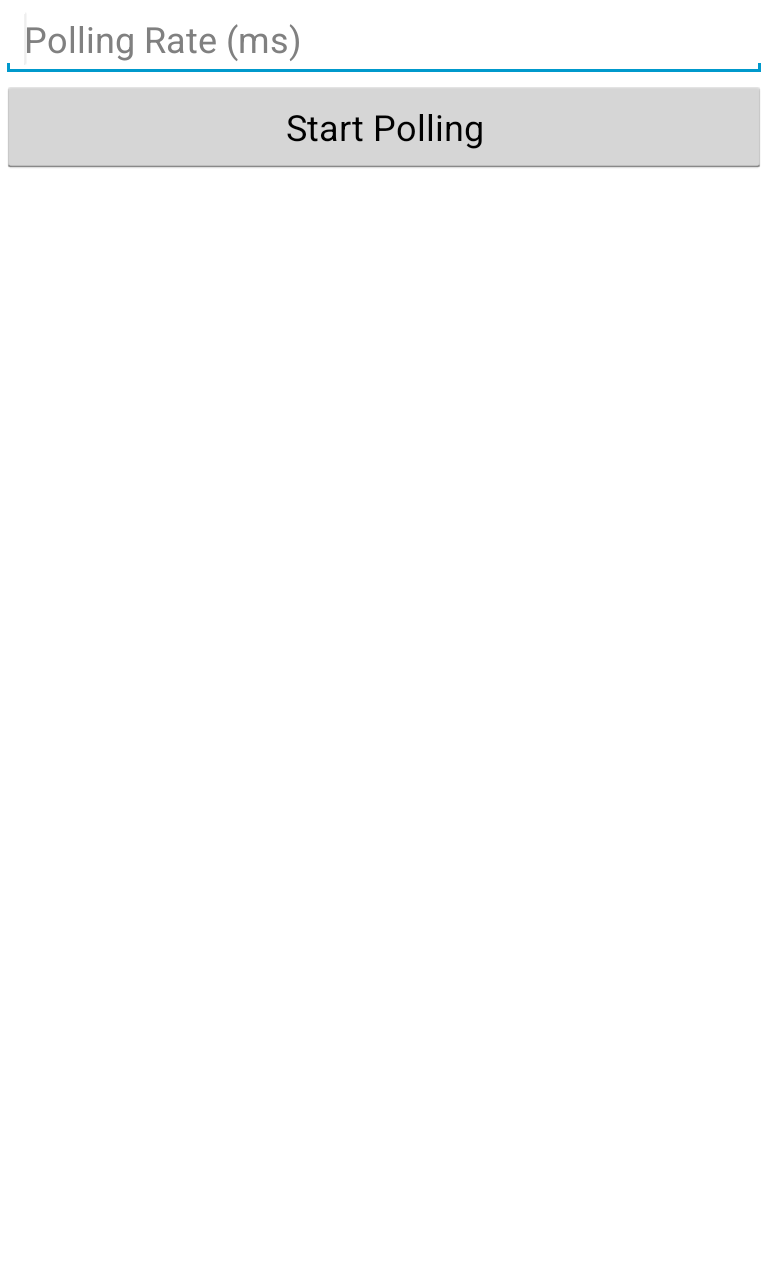
Repository: Pingzehao/ArduinoNanoSensor
Layout: IEC/IEC Sensor/res/layout/iecsensor_layout.xml
The author's editor kept a copy of each file at every save. The layout is drawn from the files as they stood at one save, then again after the next save.
It is drawn on a 768 x 1280 px phone screen (xhdpi) without system bars, with theme AppTheme; the app's code is not run.

Above is the layout before, as saved 2013-01-12 22:11:56.

### IEC/IEC Sensor/res/layout/iecsensor_layout.xml
<ScrollView xmlns:android="http://schemas.android.com/apk/res/android"
    xmlns:tools="http://schemas.android.com/tools"
    android:id="@+id/ScrollView1"
    android:layout_width="match_parent"
    android:layout_height="match_parent"
    android:layout_gravity="center_horizontal"
    tools:context=".IECSensor" >

    <LinearLayout
        android:layout_width="match_parent"
        android:layout_height="wrap_content"
        android:orientation="vertical" >

        <EditText
            android:id="@+id/editText1"
            android:layout_width="match_parent"
            android:layout_height="wrap_content"
            android:ems="10"
            android:hint="@string/pollingRate"
            android:inputType="numberSigned" >

            <requestFocus />
        </EditText>

        <Button
            android:id="@+id/button1"
            android:layout_width="match_parent"
            android:layout_height="wrap_content"
            android:gravity="center"
            android:text="@string/startPolling" />

    </LinearLayout>

</ScrollView>

### IEC/IEC Sensor/res/values/strings.xml
<?xml version="1.0" encoding="utf-8"?>
<resources>

    <string name="app_name">IEC Sensor</string>
    <string name="hello_world">Hello world!</string>
    <string name="menu_settings">Settings</string>
    <string name="startPolling">Start Polling</string>
    <string name="stopPolling">Stop Polling</string>
    <string name="pollingRate">Polling Rate (ms)</string>
    <string name="potResistLabel">Pot (kOhms)</string>
    <string name="sensorResistLabel">Sensor (kOhms)</string>
    <string name="adcVoltLabel">ADC (V)</string>

</resources>

Loaded but not shown: IEC/IEC Sensor/res/values/styles.xml (common file); IEC/IEC Sensor/res/values-v11/styles.xml (common file); IEC/IEC Sensor/res/values-v14/styles.xml (common file)

After the next save:
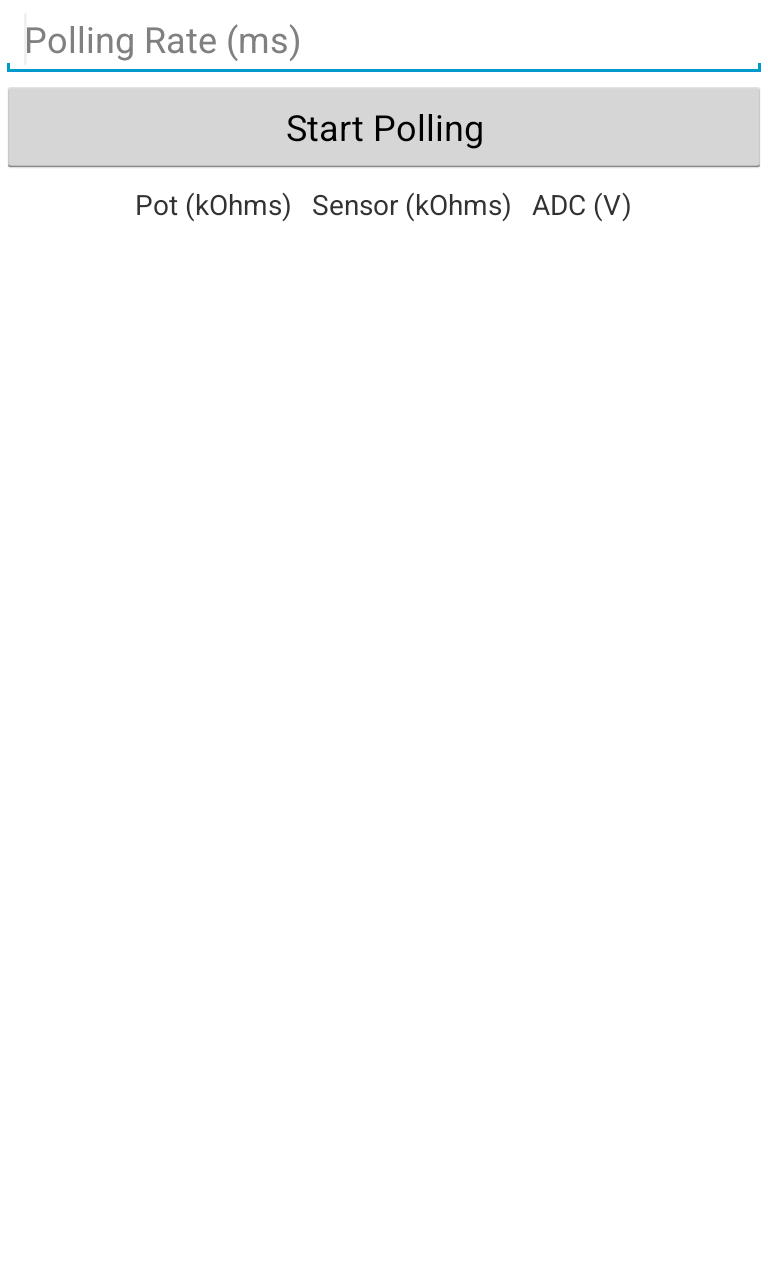
Saved 70 s later.
--- a/IEC/IEC Sensor/res/layout/iecsensor_layout.xml
+++ b/IEC/IEC Sensor/res/layout/iecsensor_layout.xml
@@ -12,7 +12,7 @@
         android:orientation="vertical" >
 
         <EditText
-            android:id="@+id/editText1"
+            android:id="@+id/pollingText"
             android:layout_width="match_parent"
             android:layout_height="wrap_content"
             android:ems="10"
@@ -23,12 +23,40 @@
         </EditText>
 
         <Button
-            android:id="@+id/button1"
+            android:id="@+id/pollingButton"
             android:layout_width="match_parent"
             android:layout_height="wrap_content"
             android:gravity="center"
             android:text="@string/startPolling" />
 
+        <LinearLayout
+            android:layout_width="match_parent"
+            android:layout_height="wrap_content"
+            android:gravity="center_horizontal" >
+
+            <TextView
+                android:id="@+id/textView1"
+                android:layout_width="wrap_content"
+                android:layout_height="wrap_content"
+                android:padding="5dp"
+                android:text="@string/potResistLabel" />
+
+            <TextView
+                android:id="@+id/textView2"
+                android:layout_width="wrap_content"
+                android:layout_height="wrap_content"
+                android:padding="5dp"
+                android:text="@string/sensorResistLabel" />
+
+            <TextView
+                android:id="@+id/textView3"
+                android:layout_width="wrap_content"
+                android:layout_height="wrap_content"
+                android:padding="5dp"
+                android:text="@string/adcVoltLabel" />
+
+        </LinearLayout>
+
     </LinearLayout>
 
 </ScrollView>
